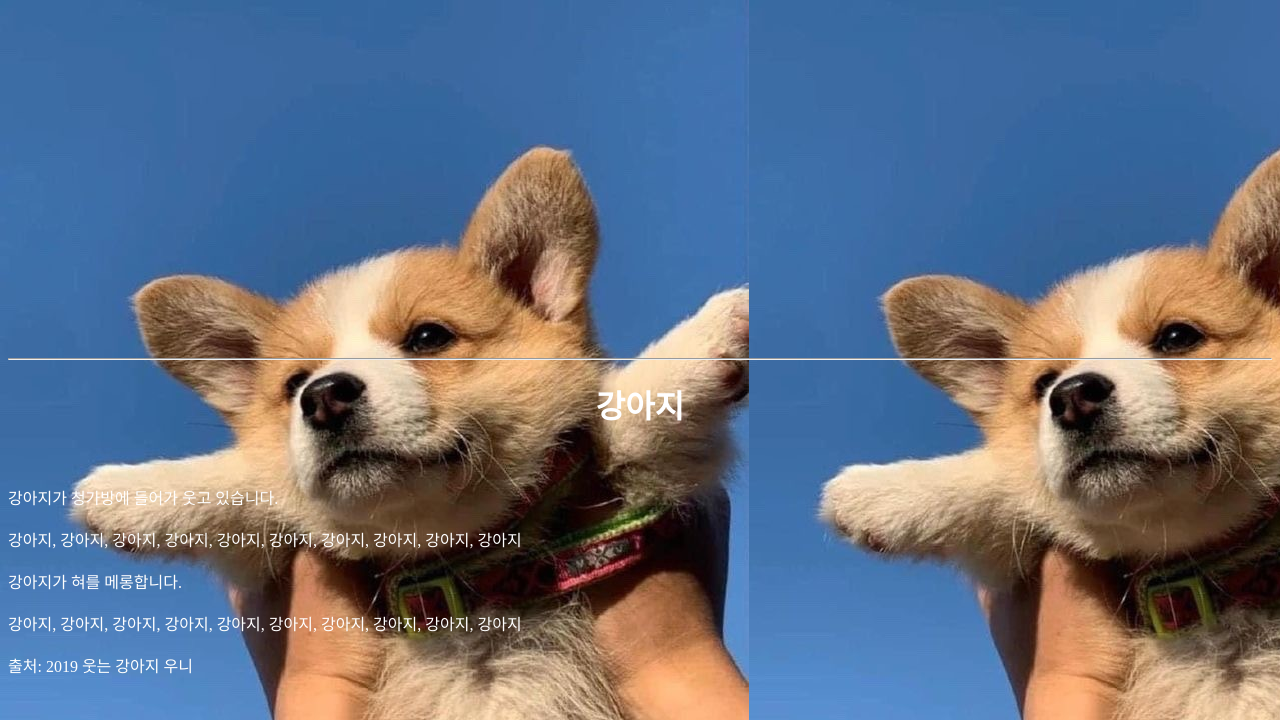
Repository: hb6700/client
Page: ClientTest/src/main/webapp/html/question/01_body.html
An editor plug-in stored every save of this project. The page is shown before and after the next save, followed by the edit.
The browser window is 1280 px wide. The pictures show the whole page.

Above is the page before, as saved 2023-09-20 02:43:13.

After the next save:
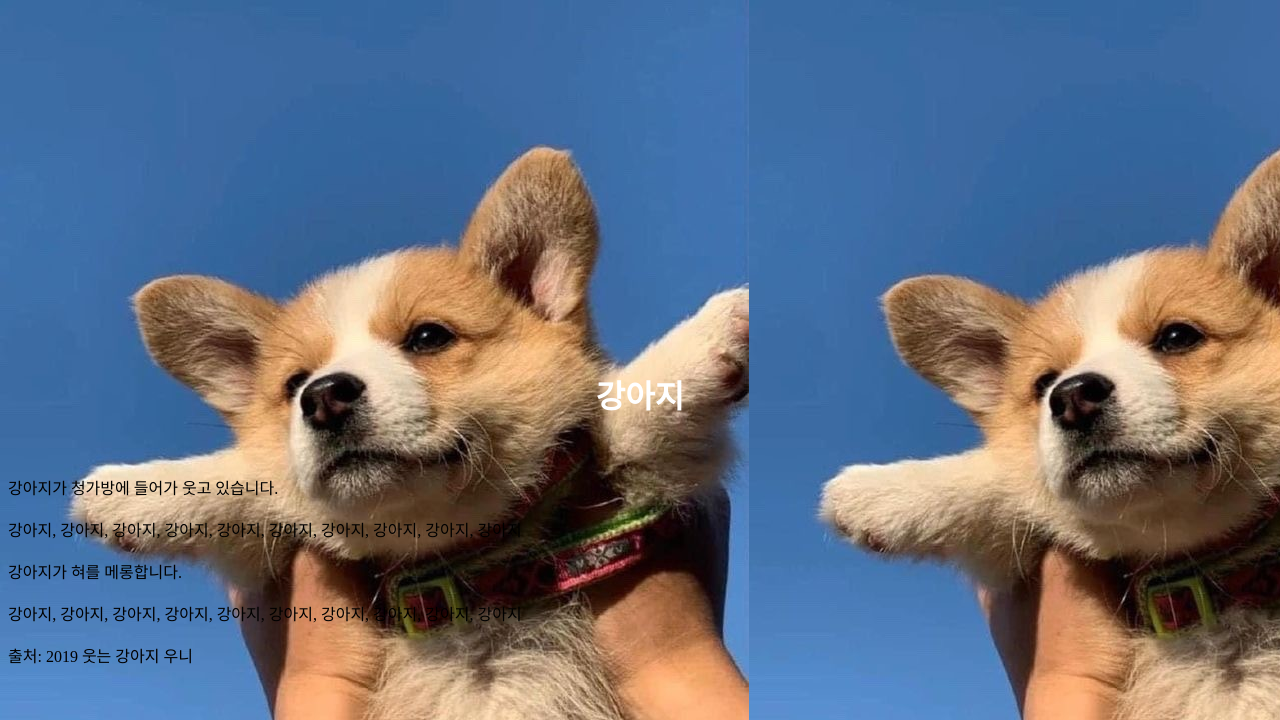
Saved 2 min 6 s later.
--- a/ClientTest/src/main/webapp/html/question/01_body.html
+++ b/ClientTest/src/main/webapp/html/question/01_body.html
@@ -5,22 +5,20 @@
 		<title>document</title>
 	</head>
 	<body background="images/귀여운 갱얼쥐.jpg">
-		<font align="center" color="white">
-			<br><br><br><br><br><br><br><br><br><br><br><br><br><br><br><br><br><br><br>
-			<hr align="center">
-				<h1 color="white">강아지</h1>
+		<br><br><br><br><br><br><br><br><br><br><br><br><br><br><br><br><br><br><br>
+		<h1 align=center>
+			<font color="white">강아지</font>
+		</h1>
 
-
-			<br><br>
-			강아지가 청가방에 들어가 웃고 있습니다.
-			<br><br>
-			강아지, 강아지, 강아지, 강아지, 강아지, 강아지, 강아지, 강아지, 강아지, 강아지
-			<br><br>
-			강아지가 혀를 메롱합니다.
-			<br><br>
-			강아지, 강아지, 강아지, 강아지, 강아지, 강아지, 강아지, 강아지, 강아지, 강아지
-			<br><br>
-			출처: 2019 웃는 강아지 우니
-		</font>
+		<br><br>
+		강아지가 청가방에 들어가 웃고 있습니다.
+		<br><br>
+		강아지, 강아지, 강아지, 강아지, 강아지, 강아지, 강아지, 강아지, 강아지, 강아지
+		<br><br>
+		강아지가 혀를 메롱합니다.
+		<br><br>
+		강아지, 강아지, 강아지, 강아지, 강아지, 강아지, 강아지, 강아지, 강아지, 강아지
+		<br><br>
+		출처: 2019 웃는 강아지 우니
 	</body>
 </html>
